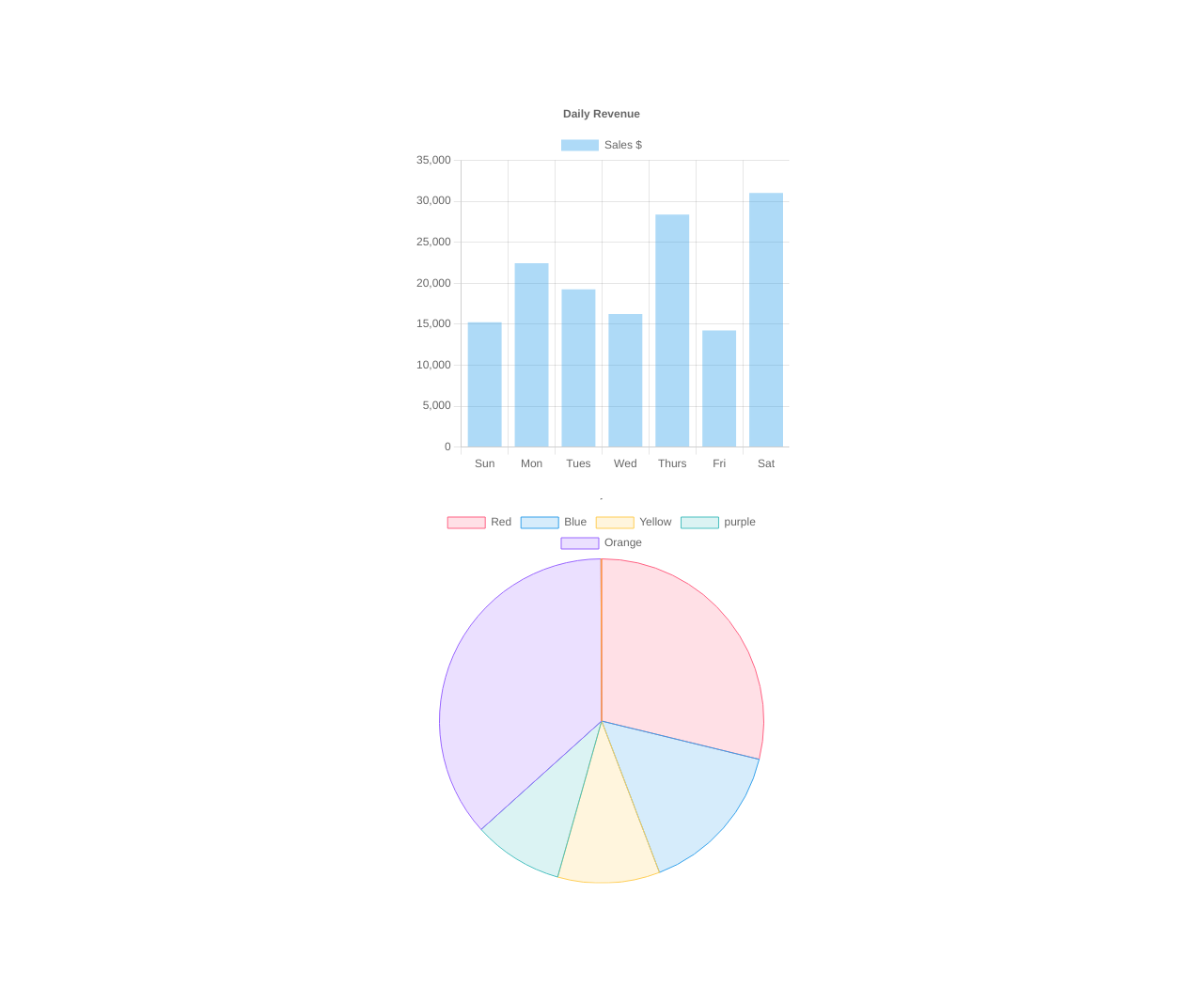
Repository: anoncoderin/dcd-charts-11week
Page: /
These files come from the project's save history. The page is drawn as it stood at one moment and after a run of saves; the edit follows.
The browser window is 1280 px wide. The pictures show the whole page, at 94% of full size.
The project was rebuilt for these pictures with package versions that can differ from the ones it lists, and the page was loaded fresh each time. The framework's server and built-in components were replaced by stand-ins that run in the browser. Also part of the build but not shown: next.config.js.

Above is the page before, as saved 2023-03-24 11:34:30.

After the next 4 saves:
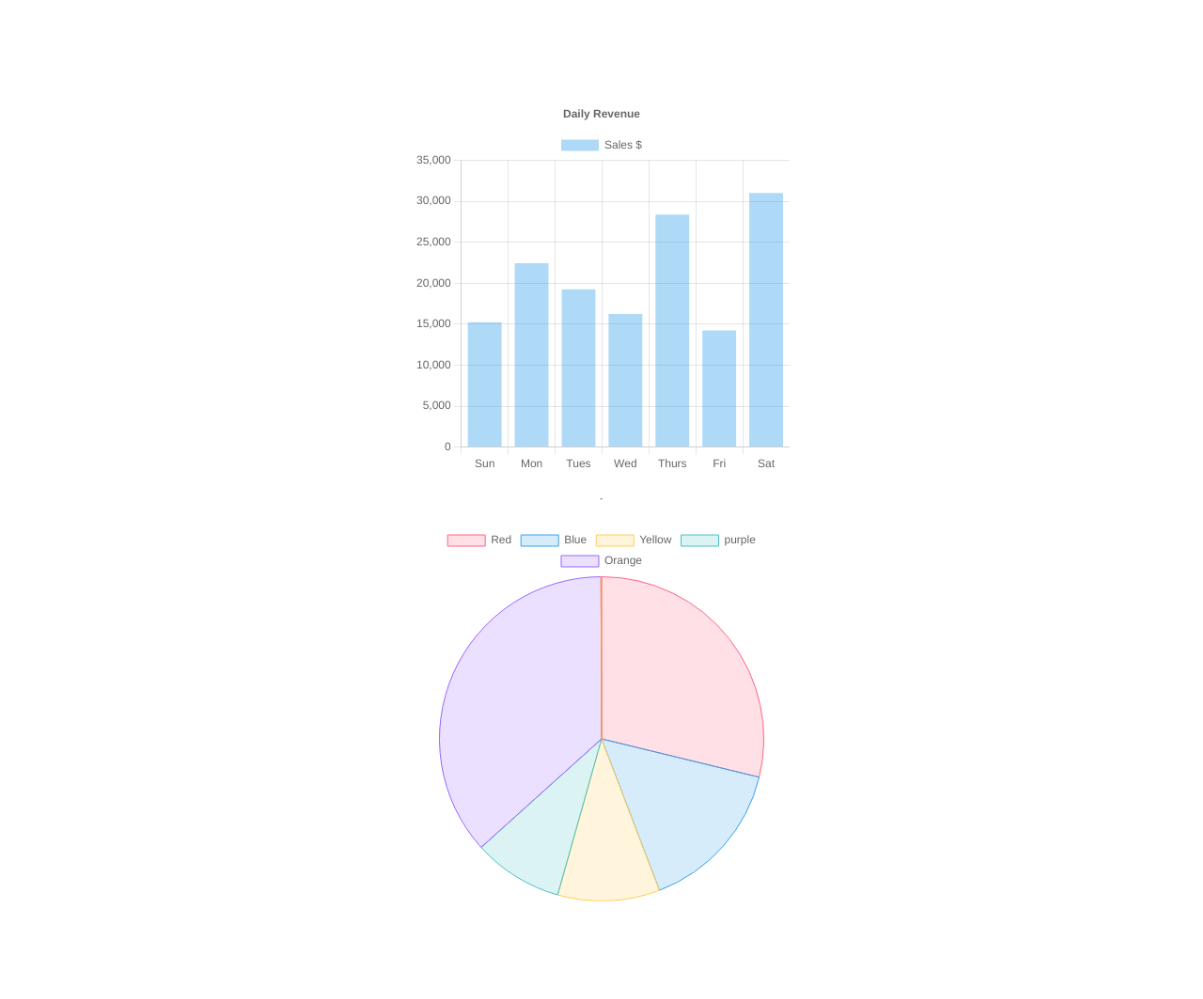
The 4 saves are shown as one change because they came seconds apart.
The last was saved 13 s later.
--- a/pages/index.js
+++ b/pages/index.js
@@ -18,6 +18,7 @@ export default function Home() {
         <br></br>
         <hr></hr>
       <div>
+        <h3></h3>
         <PieChart/>
         </div>
       </main>
